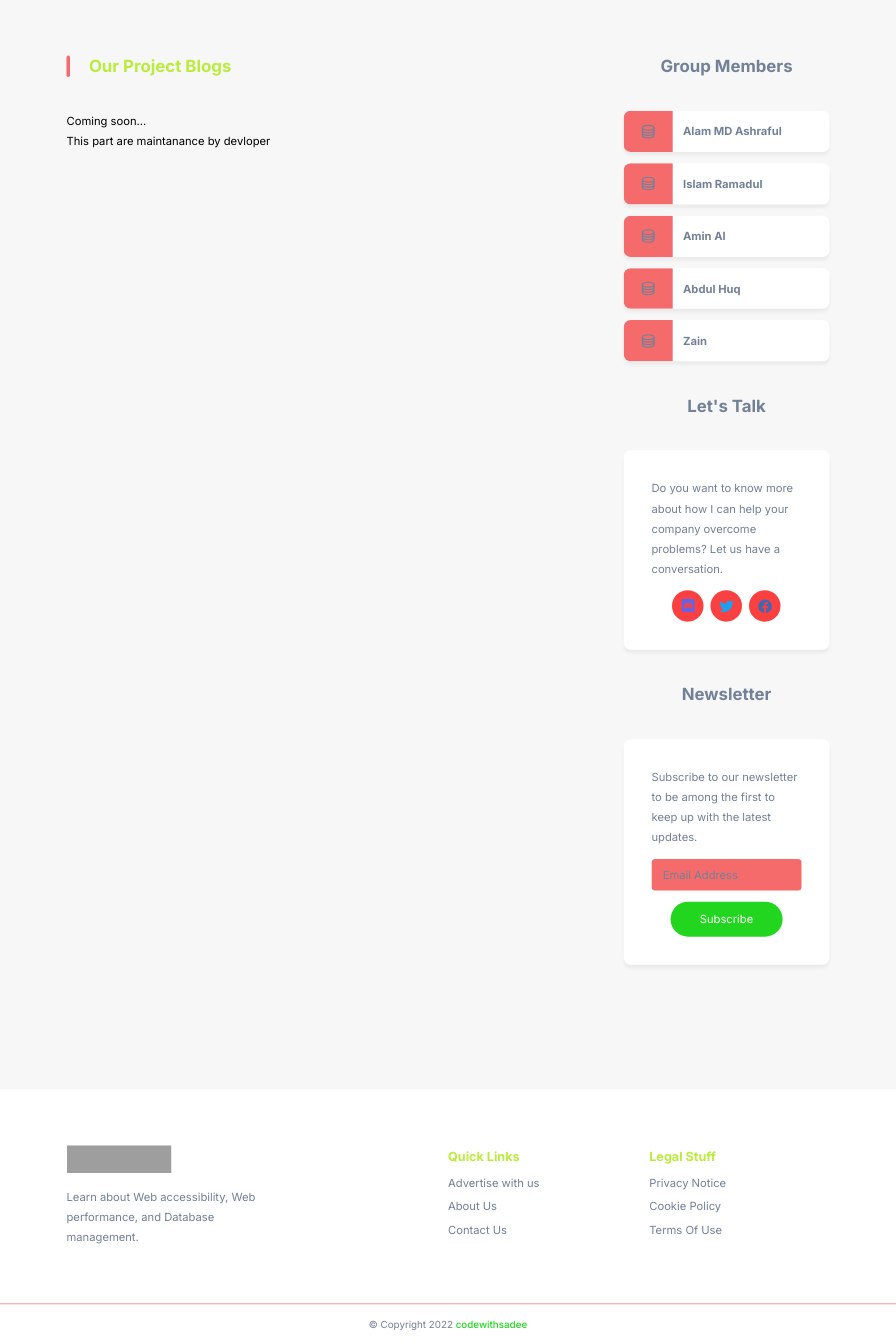
Repository: ramizraaz/zjuTeam
Page: main.html
An editor plug-in stored every save of this project. The page is shown before and after the next save, followed by the edit.
The browser window is 1280 px wide. The pictures show the part of the page from y = 553 to 2473 px (the page is 2473 px tall before and 2415 px after), at 70% of full size.
Pictures or frames that could not be fetched are drawn as grey boxes. A picture or video elsewhere on the page could not be fetched, so the positions and the page height are approximate.

Above is the page before, as saved 2023-10-09 02:28:54.

After the next save:
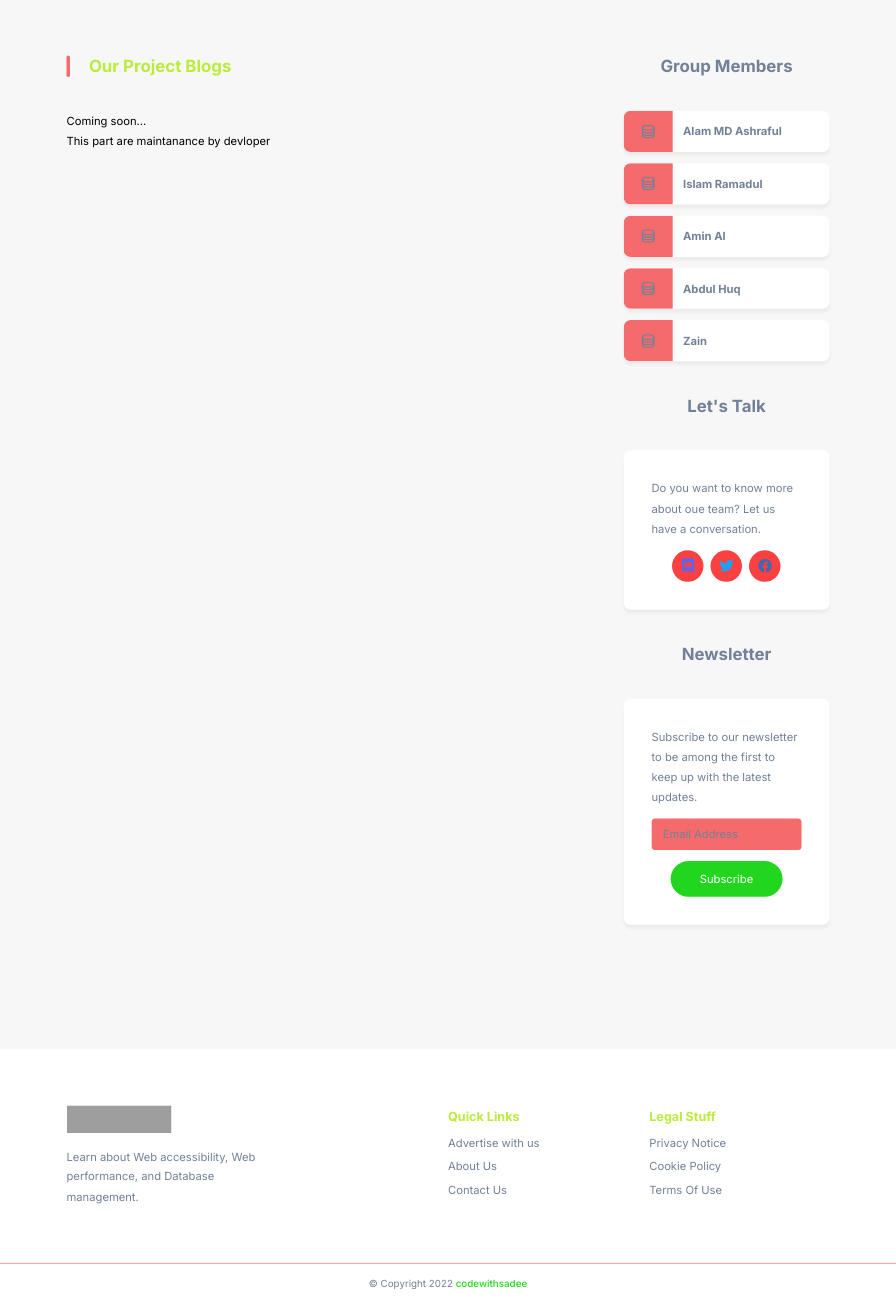
Saved 24 s later.
--- a/main.html
+++ b/main.html
@@ -235,7 +235,7 @@
                         <div class="wrapper">
 
                             <p>
-                                Do you want to know more about how I can help your company overcome problems? Let us have a conversation.
+                                Do you want to know more about oue team? Let us have a conversation.
                             </p>
 
                             <ul class="social-link">
